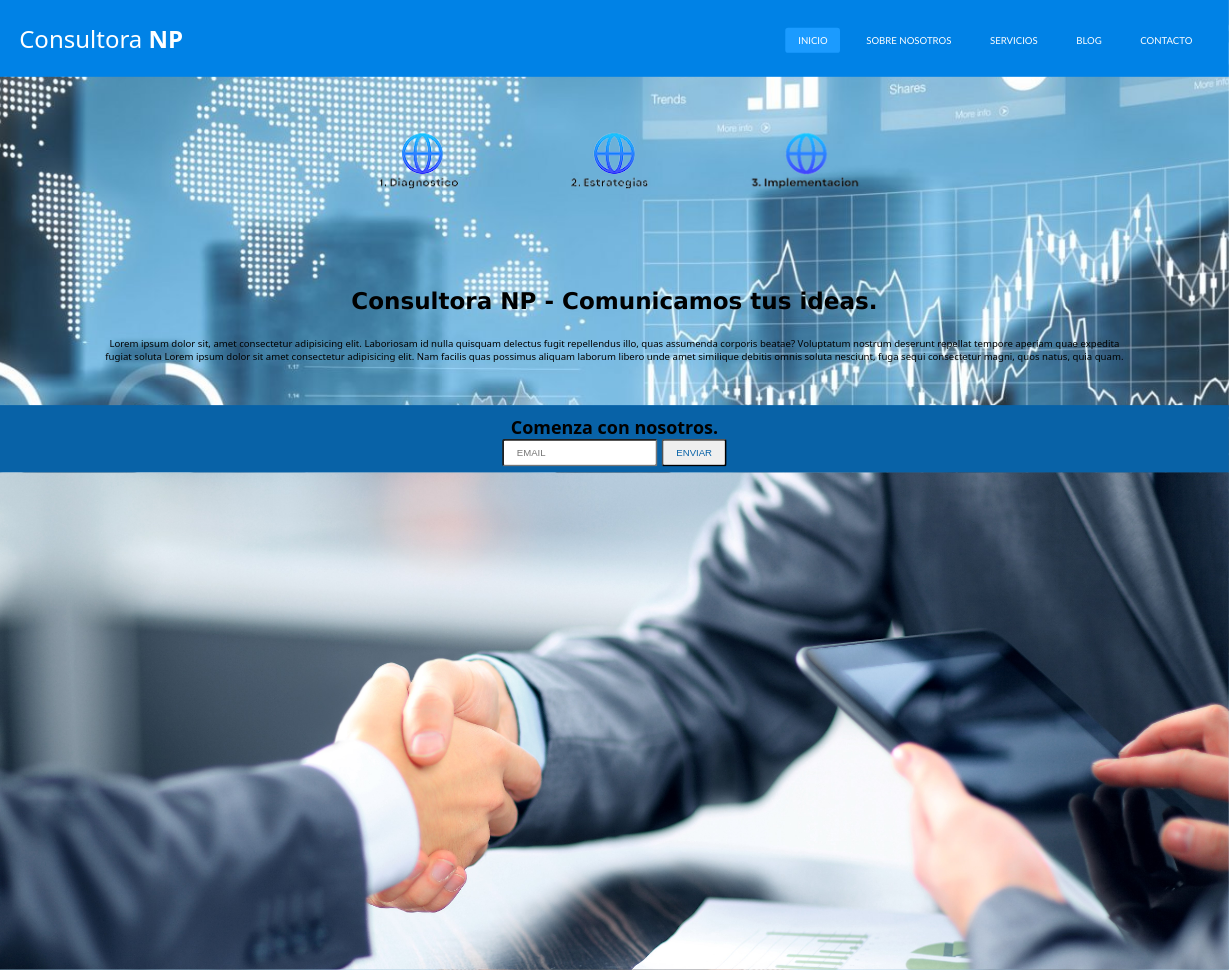
Repository: Batu120/pre-entrega2
Page: index.html
An editor plug-in stored every save of this project. The page is shown before and after the next save, followed by the edit.
The browser window is 1280 px wide. The pictures show the whole page, at 96% of full size.

Above is the page before, as saved 2022-11-01 20:04:07.

### index.html
<!DOCTYPE html>
<html lang="en" dir="ltr">
<head>
    <meta charset="UTF-8">
    <meta http-equiv="X-UA-Compatible" content="IE=edge">
    <meta name="viewport" content="width=device-width, initial-scale=1.0">
    <title>2da Pre Entrega</title>
    <link rel="stylesheet" href="https://cdnjs.cloudflare.com/ajax/libs/font-awesome/4.7.0/css/font-awesome.min.css">
    <!-- CSS -->
    <link rel="stylesheet" href="CSS/style.css">

</head>
<body>
    <nav>
        <input type="checkbox" id="check">
        <label for="check" class="checkbtn">
            <i style="font-size:24px" class="fa">&#xf0c9;</i>
        </label>
        <label class="logo">Consultora <label class="logo1">NP</label></label>
            <!-- Lista no ordenada -->
            <ul>
                <!-- Items / Menu -->
                <li><a class="active" href="index.html">Inicio</a></li>
                <li><a href="HTML/SobreNosotros.html">Sobre Nosotros</a></li>
                <li><a href="HTML/Servicios.html">Servicios</a></li>
                <li><a href="HTML/Blog.html">Blog</a></li>
                <li><a href="HTML/Contacto.html">Contacto</a></li>
            </ul>
    </nav>

    <section>
        <div class="grid-container">
            <img src="/IMG/1.Diagnostico.png" alt="diagnostico">
            <img src="/IMG/2.Estrategia.png" alt="estrategia">
            <img src="/IMG/3.Implementacion.png" alt="implementacion">
        </div>
        <div class="container-div">
            <!-- titulo h1 -->
            <h1>Consultora NP - Comunicamos tus ideas.</h1>
            <br>
            <!-- Parrafo -->
            <p>Lorem ipsum dolor sit, amet consectetur adipisicing elit. Laboriosam id nulla quisquam delectus fugit repellendus illo, quas assumenda corporis beatae? Voluptatum nostrum deserunt repellat tempore aperiam quae expedita fugiat soluta Lorem ipsum dolor sit amet consectetur adipisicing elit. Nam facilis quas possimus aliquam laborum libero unde amet similique debitis omnis soluta nesciunt, fuga sequi consectetur magni, quos natus, quia quam.</p>
            <br><br>


        <div class="container-form">
            <h3>Comenza con nosotros.</h3>
            <form class= "form-news" action="#" method="post" enctype>
                <input type="text" name="email" placeholder="Email">
                <input type="button" type="submit" value="enviar">
            </form>
        </div>
    </section>
    <section class="wallpaper">
        <div class="grid-container2">
            <div class="Com-1">

            </div>
            <div class="Com-2"></div>
            <div class="Com-3"></div>
            <div class="Com-4"></div>
            <div class="Com-5"></div>
            <div class="Com-6"></div>
        </div>
    </section>


</body>
</html>

### CSS/style.css
body {
    background: url(/IMG/background_body.jpeg);
    background-repeat: no-repeat;
    background-size: cover;
    background-position-x: center;
    background-position-y: center;
    background-position: center;
    height: auto;
    font-family:'Gill Sans', 'Gill Sans MT', Calibri, 'Trebuchet MS', sans-serif;

}

/* NAV BAR - LINKS- RESPONSIVE */
* {
    padding: 0;
    margin: 0;
    text-decoration: none;
    list-style: none;
    box-sizing: border-box;
}
nav {
    background: #0082e6;
    height: 80px;
    width: 100%;
}
/*  */
.logo{
    color: white;
    font-size: 25px;
    line-height: 80px;
    padding: 20px;
    font-weight:lighter;
    font-family:system-ui, -apple-system, BlinkMacSystemFont, 'Segoe UI', Roboto, Oxygen, Ubuntu, Cantarell, 'Open Sans', 'Helvetica Neue', sans-serif;
}
.logo1{
    color: white;
    font-weight: bold;
}
nav ul{
    float: right;
    margin-right: 20px;
    padding-top: 0%;
}
nav ul li{
    display: inline-block;
    line-height: 80px;
    margin: 0 5px;
}
nav ul li a{
    color: white;
    font-size: 10px;
    padding: 7px 13px;
    border-radius: 3px;
    text-transform: uppercase;

}
a.active,a:hover{
    background: #1b9bff;
    transition: .5s;
}
.checkbtn{
    font-size: 30px;
    color: white;
    float: right;
    line-height: 80px;
    margin-right: 30px;
    cursor: pointer;
    display: none;
}
#check{
    display: none;
}
/* PREUBA RESPONSIVE TEST */
@media (max-width: 853px){
    label.logo {
        font-size: 25px;
        padding-left: 50px;
    }
    nav ul li a{
        font-size: 18px;
    }
}
@media (max-width: 853px){
    .checkbtn{
        display: block;
    }
    ul{
        position: fixed;
        width: 100%;
        height: 100vh;
        background: #2c3e50;
        top: 80px;
        left: -100%;
        text-align: center;
        transition: all .5s;
    }
    nav ul li{
        display: block;
        margin: 50px 0;
        line-height: 30px;
    }
    nav ul li a {
        font-size: 20px;
    }
        a:hover,a.active{
        background:none;
        color: #0082e6;
        }
        #check:checked ~ ul{
        left: 0;
        }
    }
    /* SECTION WALLPAPER CAMBIADO */
    /* section{
        background: url(/IMG/consultoria_img.jpeg) no-repeat;
        background-size: cover;
        height: calc(100vh - 80px);
    } */

    /* IMG PICTURES page front */
    .grid-container {
        display: grid;
        grid-template-columns: auto auto auto;
        justify-content: center;
        margin: 10px;
    }
    .container-div{
        display: flex;
        flex-direction: column;
        text-align: center;
        font-family: system-ui, -apple-system, BlinkMacSystemFont, 'Segoe UI', Roboto, Oxygen, Ubuntu, Cantarell, 'Open Sans', 'Helvetica Neue', sans-serif;
    }
    /* TITLE TEXT */
    h1{
        font-weight: bolder;
        font-family: Verdana, Geneva, Tahoma, sans-serif;
        display: inline-block;
    }
    /* TEXT */
    p{
        padding-left: 100px;
        padding-right: 100px;
        font-size: 10px;

    }
    /* NEWS FORM */
    .container-form{
        font-size: medium;
        background: #0862a7;
        height: 70px;
        width: 100%;
        padding: 10px;
    }
    input{
        color: #0862a7;
        font-size: 10px;
        padding: 7px 13px;
        border-radius: 3px;
        text-transform: uppercase;
    }
    .wallpaper {
        background-image: url(/IMG/consultoria_img.jpeg);
        background-repeat: no-repeat;
        background-size: cover;
        background-position: center;
        background-position-x: center;
        background-position-y: center;
        height: 72vh;
    }
    .grid-container2 {
        display: grid;
        grid-template-columns: 1fr 1fr 1fr;
        grid-template-rows: 1fr 1fr;
        gap: 14px 14px;
        grid-template-areas:
          "Com-1 Com-2 Com-3"
          "Com-4 Com-5 Com-6";
    }
    .Com-1 {
        justify-self: center;
        align-self: center;
        grid-area: Com-1;
    }
    .Com-2 {
        justify-self: center;
        align-self: center;
        grid-area: Com-2;
    }
    .Com-3 {
        justify-self: center;
        align-self: center;
        grid-area: Com-3;
    }
    .Com-4 {
        justify-self: center;
        align-self: center;
        grid-area: Com-4;
    }
    .Com-5 {
        justify-self: center;
        align-self: center;
        grid-area: Com-5;
    }
    .Com-6 {
        justify-self: center;
        align-self: center;
        grid-area: Com-6;
    }

After the next save:
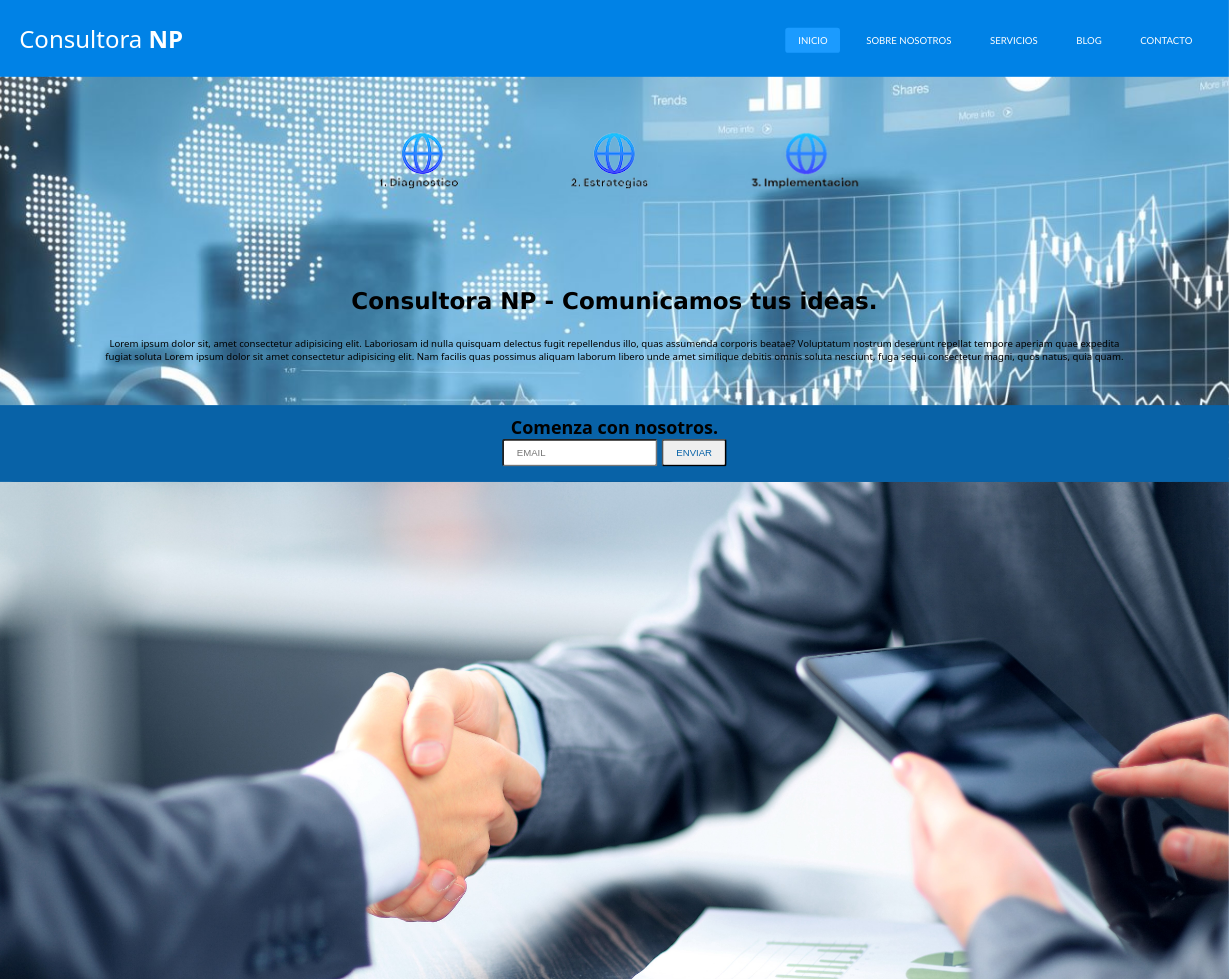
Saved 4 s later.
--- a/CSS/style.css
+++ b/CSS/style.css
@@ -147,7 +147,7 @@ a.active,a:hover{
     .container-form{
         font-size: medium;
         background: #0862a7;
-        height: 70px;
+        height: 80px;
         width: 100%;
         padding: 10px;
     }
